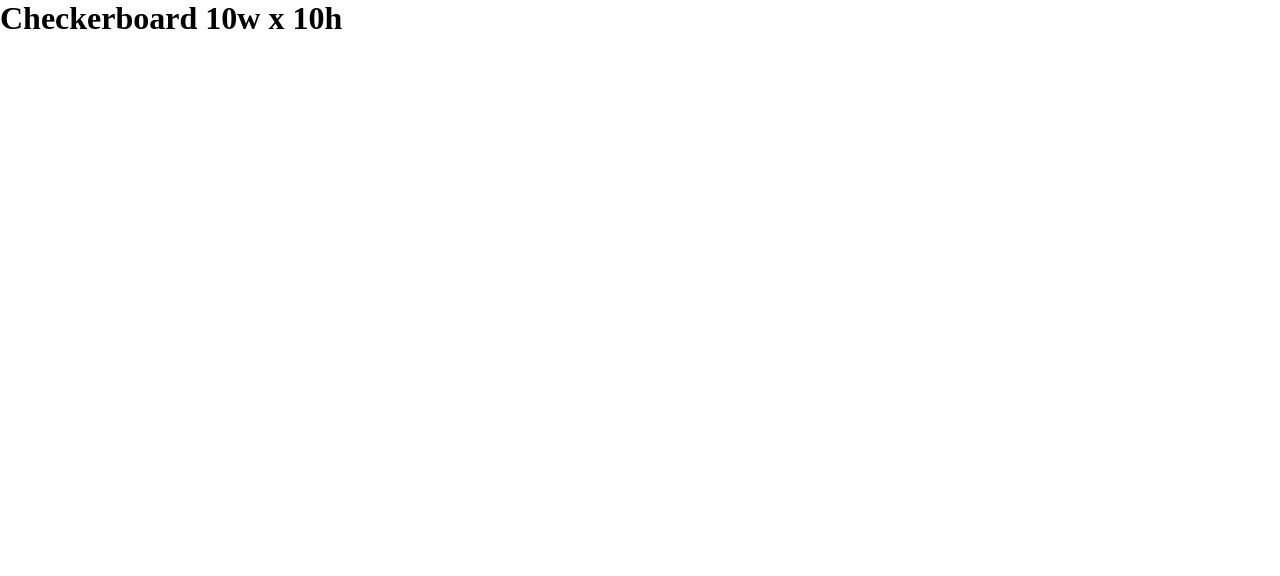
Repository: bchang1213/javaEE
Page: http://localhost/Checkerboard/view.jsp
An editor plug-in stored every save of this project. The page is shown before and after the next save, followed by the edit.
The browser window is 1280 px wide. The pictures show the whole page.
The page is served by Tomcat 9.

Above is the page before, as saved 2017-10-05 20:13:40.

### Checkerboard/WebContent/view.jsp
<%@ page language="java" contentType="text/html; charset=UTF-8"
    pageEncoding="UTF-8"%>
<!DOCTYPE html PUBLIC "-//W3C//DTD HTML 4.01 Transitional//EN" "http://www.w3.org/TR/html4/loose.dtd">
<html>
<head>
	<meta http-equiv="Content-Type" content="text/html; charset=UTF-8">
	<title>Checkerboard</title>
	<link rel="stylesheet" type="text/css" href="style.css">
</head>
<body>

	<%
	String w = request.getParameter("width");
	String h = request.getParameter("height");
	Integer width = 0;
	Integer height = 0;
	%>
	<% if(w == null) { %>
		<% width = 10; %>
	<% } else { %>
		<% width = Integer.parseInt(w); %>
	<% } %>

	<% if(h == null) { %>
		<% height = 10; %>
	<% } else { %>
		<% height = Integer.parseInt(h); %>
	<% } %>

	<h1>Checkerboard <%= width %>w x <%=  height %>h</h1>
	<%for(int i = 0; i <= width;i++){ %>
	<div class='block'></div>
	<%} %>
</body>
</html>

### Checkerboard/WebContent/style.css
* {
	margin: 0px;
	padding: 0px;
}

/* /* div.block:nth-child(even){
	width:100px;
	height: 100px;
	background-color:green;
}

div.block:nth-child(odd){
	width:100px;
	height: 100px;
	background-color:red;
} */ */

After the next save:
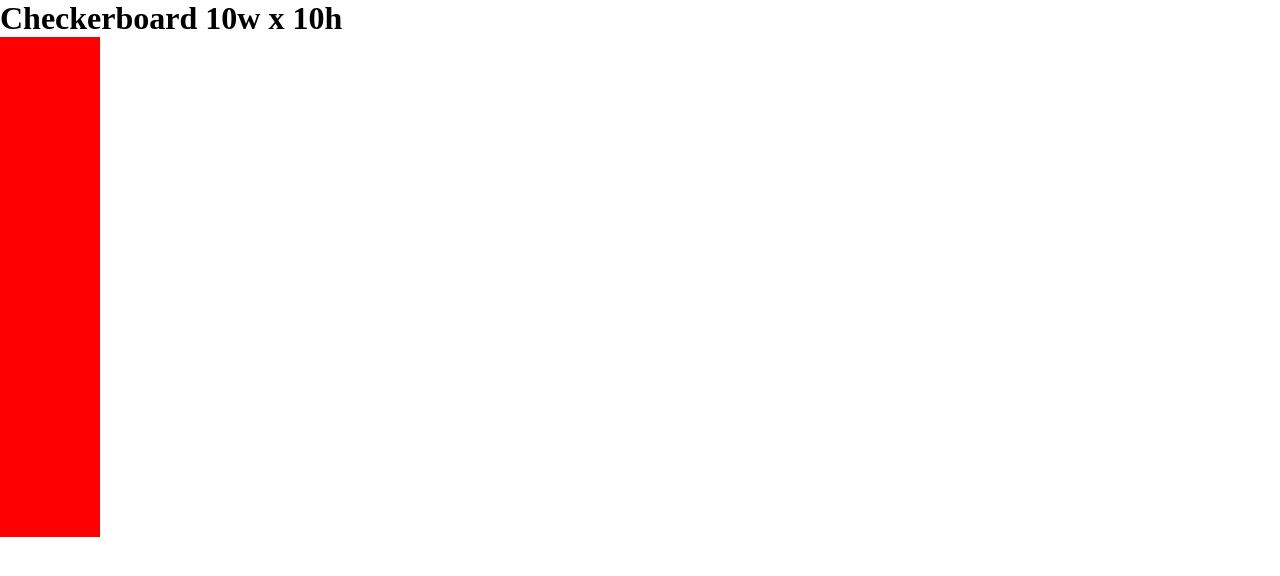
Saved 10 s later.
--- a/Checkerboard/WebContent/style.css
+++ b/Checkerboard/WebContent/style.css
@@ -3,7 +3,7 @@
 	padding: 0px;
 }
 
-/* /* div.block:nth-child(even){
+=div.block:nth-child(even){
 	width:100px;
 	height: 100px;
 	background-color:green;
@@ -13,4 +13,4 @@ div.block:nth-child(odd){
 	width:100px;
 	height: 100px;
 	background-color:red;
-} */ */
+}

After the 2 saves that followed:
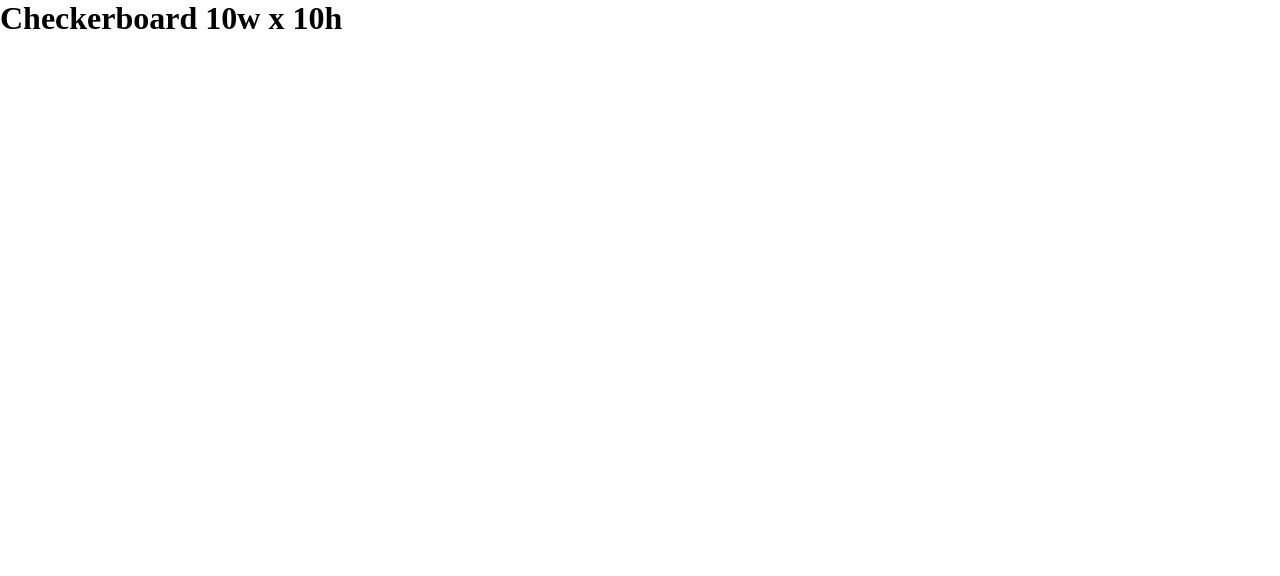
The 2 saves are shown as one change because 1 left the picture as it was.
The last was saved 2 min 9 s later.
--- a/Checkerboard/WebContent/view.jsp
+++ b/Checkerboard/WebContent/view.jsp
@@ -28,7 +28,7 @@
 	<% } %>
 
 	<h1>Checkerboard <%= width %>w x <%=  height %>h</h1>
-	<%for(int i = 0; i <= width;i++){ %>
+	<%for(int i = 1; i == width;i++){ %>
 	<div class='block'></div>
 	<%} %>
 </body>
